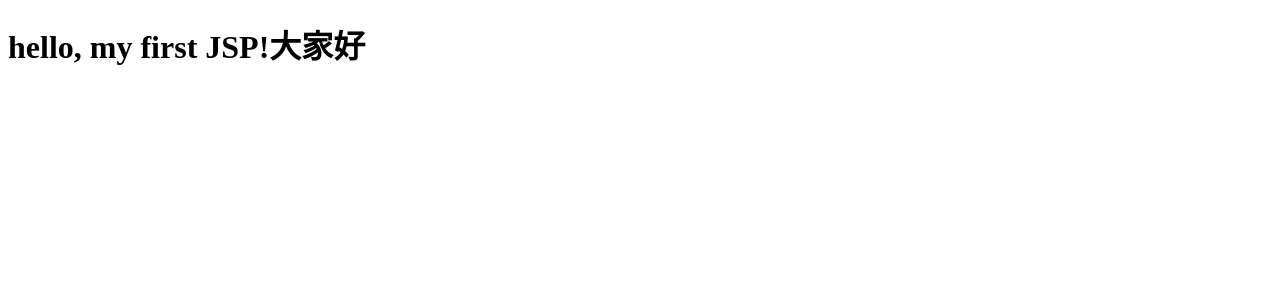
Repository: Zendq1998/jdbc
Page: http://localhost/web04/
An editor plug-in stored every save of this project. The page is shown before and after the next save, followed by the edit.
The browser window is 1280 px wide. The pictures show the whole page.
The page is served by Tomcat 9. Nobody is signed in. The application's start-up code is not run.

Above is the page before, as saved 2018-04-19 08:37:42.

After the next save:
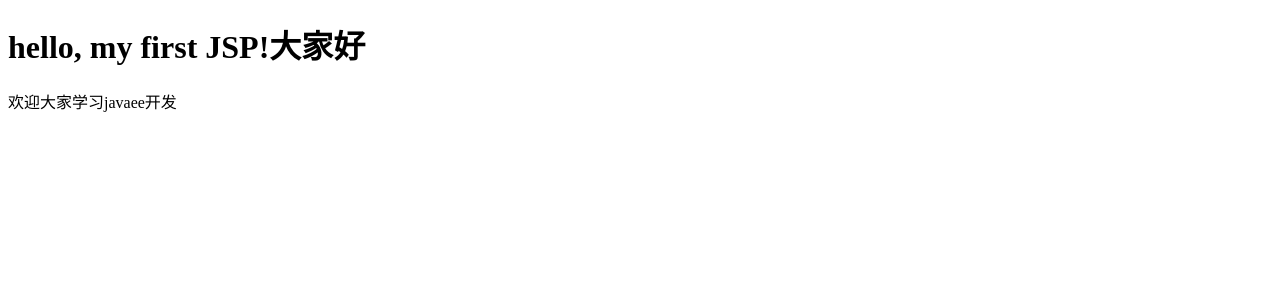
Saved 3 min 58 s later.
--- a/web04/WebContent/index.jsp
+++ b/web04/WebContent/index.jsp
@@ -8,5 +8,8 @@
 </head>
 <body>
 	<h1>hello, my first JSP!大家好</h1>
+	<%
+		out.println("欢迎大家学习javaee开发");
+	%>
 </body>
 </html>
